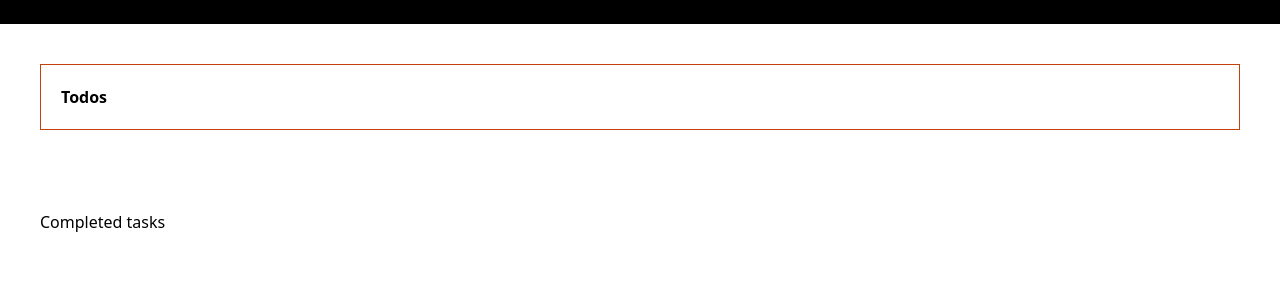
Repository: thekingisherenow/personalTodo
Page: /
These files come from the project's save history. The page is drawn as it stood at one moment and after the next save; the edit follows.
The browser window is 1280 px wide. The pictures show the whole page.
The project was rebuilt for these pictures with package versions that can differ from the ones it lists, and the page was loaded fresh each time. The framework's server and built-in components were replaced by stand-ins that run in the browser. Also part of the build but not shown: next.config.js, styles/Home.module.css.

Above is the page before, as saved 2022-12-15 14:55:32.

### pages/index.js
import Head from 'next/head'
import Image from 'next/image'
import Completed from '../components/Completed'
import Todos from '../components/Todos'
import styles from '../styles/Home.module.css'

export default function Home() {
  return (
    <div>
      <Head>
        <title>Create Next App</title>
        <meta name="description" content="To-do App" />
        <link rel="icon" href="/favicon.ico" />
      </Head>

     <div className='bg-white'>
      <h1 className='bg-black'>Completed --Tasks</h1>
      <Todos/>
      <Completed />
     </div>
    </div>
  )
}

### components/Completed.js
import React from 'react'

function Completed() {
  return (
    <div className='p-10'>
      Completed tasks
    </div>
  )
}

export default Completed

### components/Todos.js
import React from 'react'

function Todos() {
  return (
    <div className='p-5 m-10 border border-orange-700'>
      <h1 className='font-bold'>Todos</h1>
    </div>
  )
}

export default Todos

Loaded but not shown: pages/_app.js (common file); styles/globals.css (common file); tailwind.config.js (common file)

After the next save:
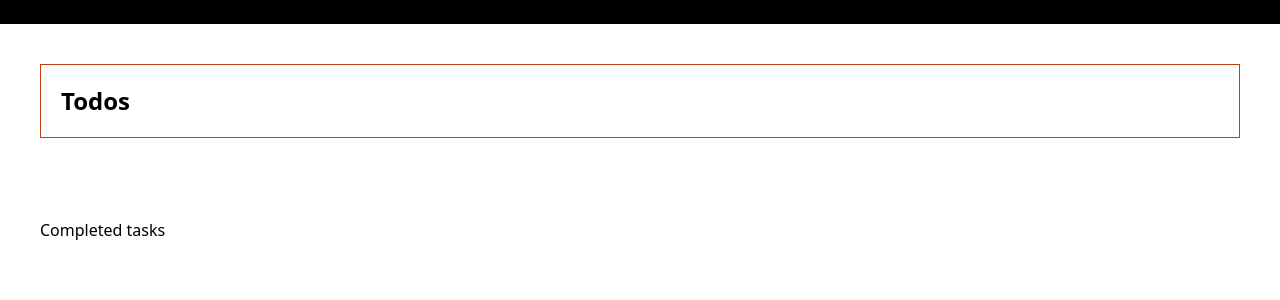
Saved 20 s later.
--- a/components/Todos.js
+++ b/components/Todos.js
@@ -3,7 +3,9 @@ import React from 'react'
 function Todos() {
   return (
     <div className='p-5 m-10 border border-orange-700'>
-      <h1 className='font-bold'>Todos</h1>
+      <h1 className='font-bold text-2xl'>Todos</h1>
+
+
     </div>
   )
 }
